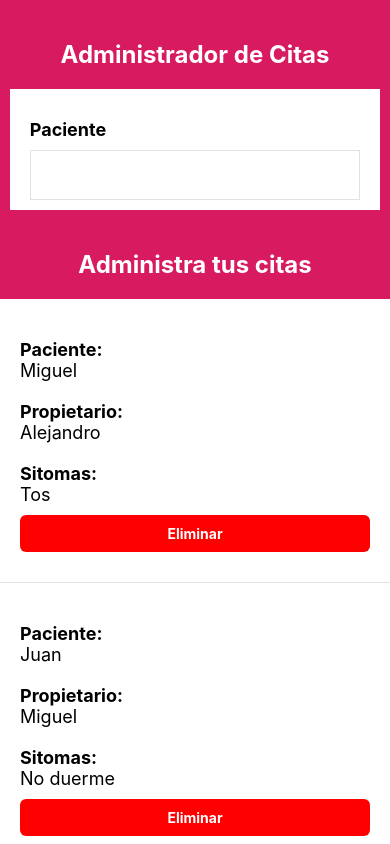
Repository: AleMicky/citas
Screen: /
An editor plug-in stored every save of this project. The screen is shown before and after the next save, followed by the edit.
An inner scrolling area shows only its first screen. The app was drawn by React Native's web renderer in a window 390 px wide. The project was rebuilt for these pictures with package versions that can differ from the ones it lists, and the page was loaded fresh each time.

Above is the screen before, as saved 2020-06-27 01:07:43.

### App.js
import React from 'react'
import { View, Text, StyleSheet, FlatList } from 'react-native'
import Cita from './src/components/Cita';
import Formulario from './src/components/Formulario';

export default function App() {

  const [citas, setCitas] = React.useState([
      { id:'1', paciente:'Miguel', propietario:'Alejandro', sitomas: 'Tos' },
      { id:'2', paciente:'Juan', propietario:'Miguel', sitomas: 'No duerme' },
      { id:'3', paciente:'Rossy', propietario:'Camila', sitomas: 'No come' }
  ]);

   const eliminarPaciente = id => {
      setCitas((citasActuales) =>{
        return citasActuales.filter(citas => citas.id != id)
      })
   }
  return (
    <View style={styles.contenedor}>
        <Text style={styles.titulo}>Administrador de Citas</Text>
          <Formulario />
          <Text style={styles.titulo}>{citas.length > 0 ?'Administra tus citas':'No hay citas, agrega una '}</Text>
          <FlatList data = {citas}
                    renderItem = {({item}) => (<Cita item = {item} eliminarPaciente = {eliminarPaciente}/>)}
                    keyExtractor = {citas => citas.id}
            />
    </View>
  )
}

const styles = StyleSheet.create({
  contenedor:{
    flex:1,
    backgroundColor:'#d81b60'
  },
  titulo:{
    marginTop:40,
    marginBottom:20,
    fontSize: 24,
    fontWeight:'bold',
    textAlign:'center',
    color:'#fff'
  }
})

### src/components/Cita.js
import React from 'react';
import { Text, StyleSheet, View, TouchableOpacity } from 'react-native';

const Cita = ({ item, eliminarPaciente }) => {

    const { id, paciente, propietario, sitomas  } = item;

    const dialogoEliminar = id => {
        eliminarPaciente(id);
    }

    return (
        <View style={styles.cita}>
            <View>
                <Text style={styles.lebel}>Paciente: </Text>
                <Text style={styles.texto}>{paciente}</Text>
            </View>
            <View>
                <Text style={styles.lebel}>Propietario: </Text>
                <Text style={styles.texto}>{propietario}</Text>
            </View>
            <View>
                <Text style={styles.lebel}>Sitomas: </Text>
                <Text style={styles.texto}>{sitomas}</Text>
            </View>
            <View>
                <TouchableOpacity onPress={() => dialogoEliminar(id)} style={styles.butonEliminar}>
                        <Text style={styles.textoELiminar}>Eliminar</Text>
                </TouchableOpacity>
            </View>
        </View>
    );
}
const styles = StyleSheet.create({
    cita:{
        backgroundColor:'#fff',
        borderBottomColor:"#e1e1e1",
        borderStyle:'solid',
        borderBottomWidth: 1,
        paddingVertical:20,
        paddingHorizontal:20,
    },
    lebel:{
        fontWeight:'bold',
        fontSize:18,
        marginTop:20
    },
    texto:{
        fontSize:18,
    },
    butonEliminar:{
        borderRadius: 6,
        padding:10,
        backgroundColor:'red',
        marginVertical:10,

    },
    textoELiminar:{
        color:'#fff',
        fontWeight:'bold',
        textAlign:'center'
    }
})
export default Cita;

### src/components/Formulario.js
import React from 'react';
import { View, Text, StyleSheet, TextInput } from 'react-native';

const Formulario = () => {
    return (
        <>
            <View style={styles.formulario}>
                <View>
                    <Text style={styles.label}>Paciente</Text>
                    <TextInput style={styles.inpul}
                               onChangeText={(texto) => console.log(texto)}
                               keyboardType='phone-pad'
                    />
                </View>
            </View>
        </>
    );
}


const styles = StyleSheet.create({
    formulario:{
        backgroundColor:'#ffff',
        paddingHorizontal:20,
        paddingVertical:10,
        marginHorizontal:'2.5%'
    },
    label:{
        fontWeight:'bold',
        fontSize:18,
        marginTop:20
    },
    inpul:{
        marginTop:10,
        height:50,
        borderColor:'#e1e1e1',
        borderWidth:1,
        borderStyle:'solid'
    }
});

export default Formulario;

After the next save:
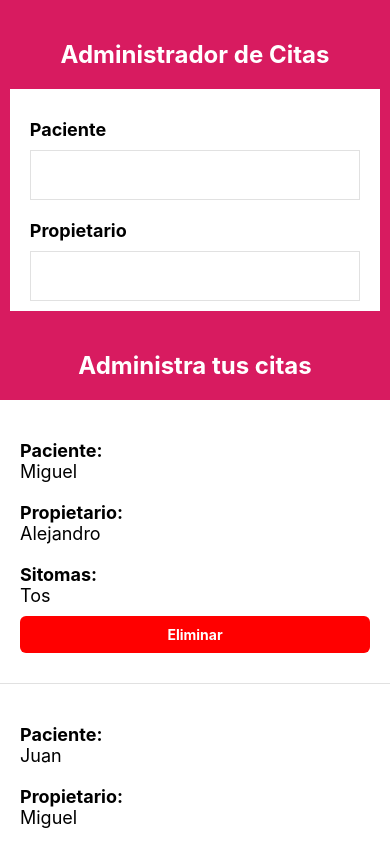
Saved 80 s later.
--- a/src/components/Formulario.js
+++ b/src/components/Formulario.js
@@ -9,7 +9,14 @@ const Formulario = () => {
                     <Text style={styles.label}>Paciente</Text>
                     <TextInput style={styles.inpul}
                                onChangeText={(texto) => console.log(texto)}
-                               keyboardType='phone-pad'
+
+                    />
+                </View>
+                <View>
+                    <Text style={styles.label}>Propietario</Text>
+                    <TextInput style={styles.inpul}
+                               onChangeText={(texto) => console.log(texto)}
+
                     />
                 </View>
             </View>
